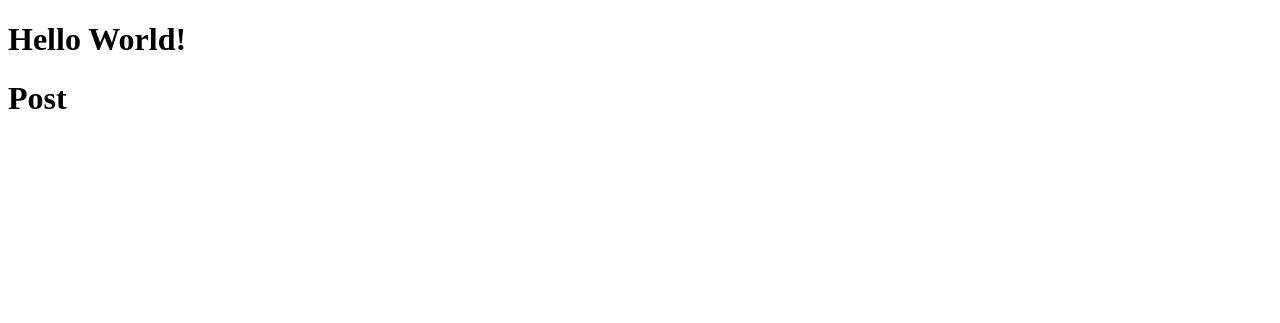
Repository: guilhermecardoso93/ignite-react-igniteFeed
Page: /
An editor plug-in stored every save of this project. The page is shown before and after the next save, followed by the edit.
The browser window is 1280 px wide. The pictures show the whole page.
The project was rebuilt for these pictures with package versions that can differ from the ones it lists, and the page was loaded fresh each time. Also part of the build but not shown: vite.config.js.

Above is the page before, as saved 2022-06-09 20:51:42.

### index.html
<!DOCTYPE html>
<html lang="en">
  <head>
    <meta charset="UTF-8" />
    <link rel="icon" type="image/svg+xml" href="/src/favicon.svg" />
    <meta name="viewport" content="width=device-width, initial-scale=1.0" />
    <title>Fundamentos do ReactJS</title>
  </head>
  <body>
    <div id="root"></div>
    <script type="module" src="/src/main.jsx"></script>
  </body>
</html>

### src/App.jsx
import Post from "./components/Post";

function App() {
  return (
    <>
      <h1>Hello World!</h1>
      <Post />
    </>
  );
}

export default App;

### src/components/Post.jsx
export default function Post(){
  return (
    <>
      <h1>Post</h1>
    </>
  )
}

Loaded but not shown: src/main.jsx (common file)

After the next save:
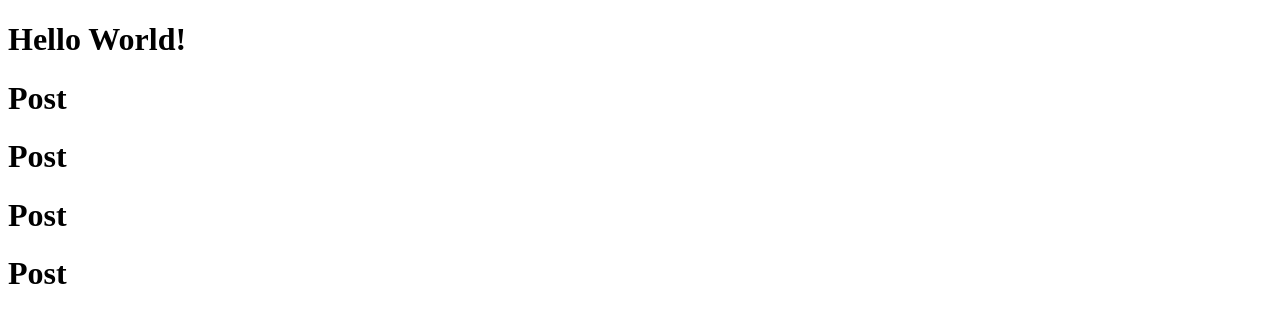
Saved 8 s later.
--- a/src/App.jsx
+++ b/src/App.jsx
@@ -5,6 +5,9 @@ function App() {
     <>
       <h1>Hello World!</h1>
       <Post />
+      <Post />
+      <Post />
+      <Post />
     </>
   );
 }
